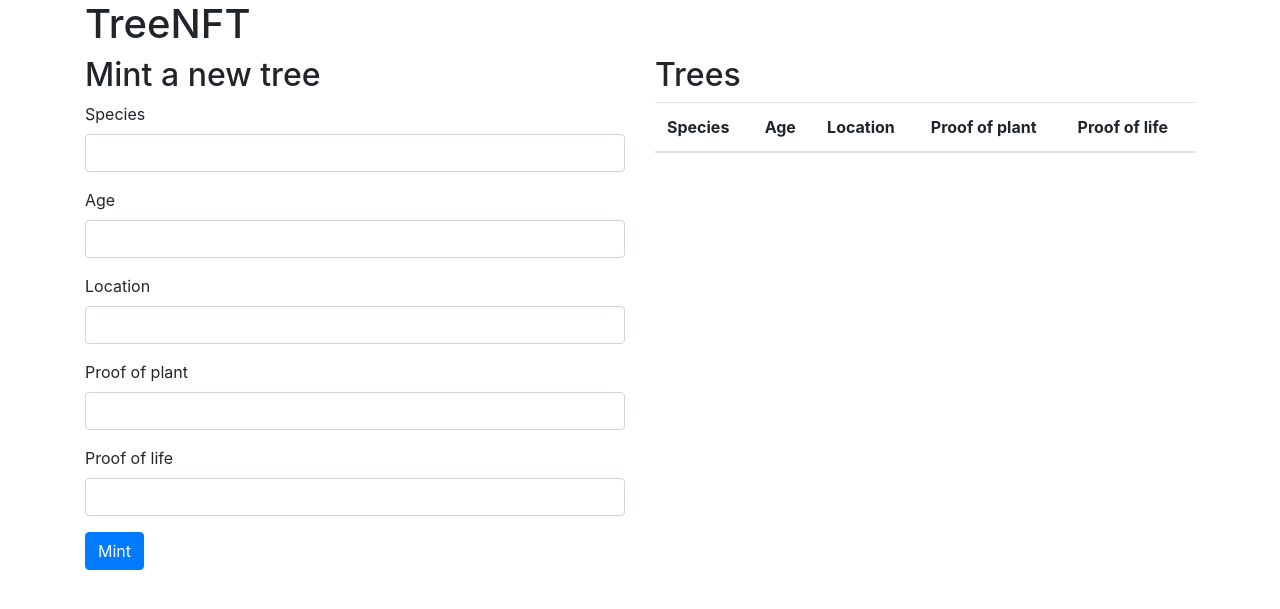
Repository: Jeremicarose/Celo-Code-Jam-3.0
Page: index.html
The author's editor kept a copy of each file at every save. The page is drawn from the files as they stood at one save, then again after the next save.
The browser window is 1280 px wide. The pictures show the whole page.

Above is the page before, as saved 2023-06-29 21:24:25.

After the next save:
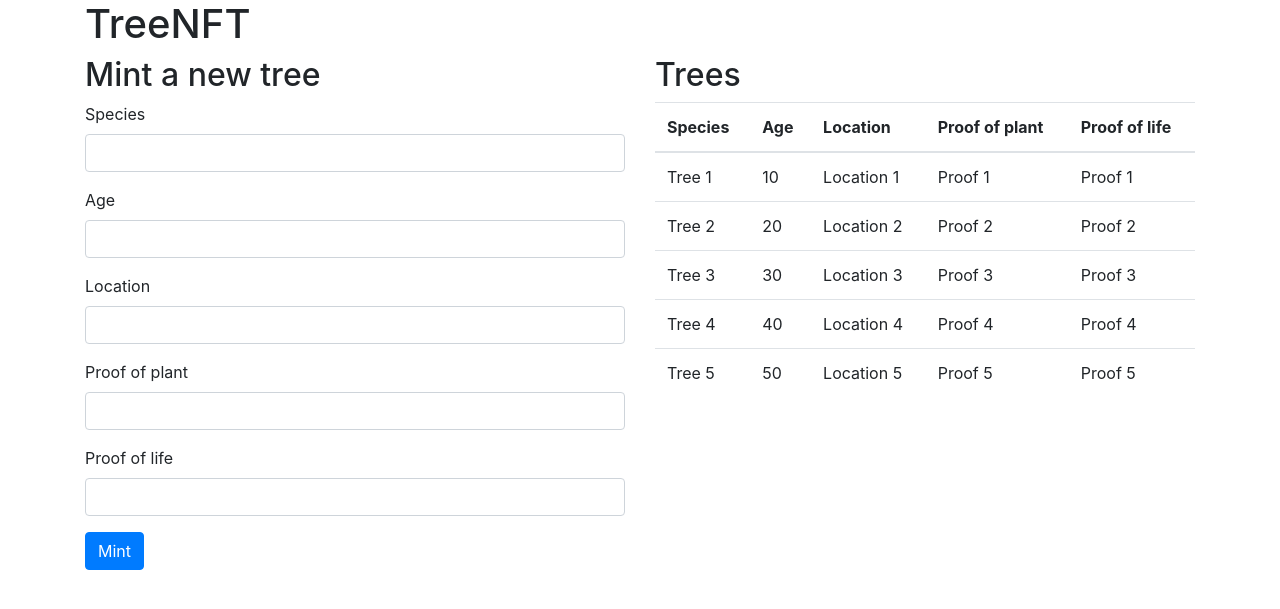
Saved 34 min 6 s later.
--- a/index.html
+++ b/index.html
@@ -5,8 +5,8 @@
   <meta name="viewport" content="width=device-width, initial-scale=1.0">
   <title>TreeNFT</title>
   <link rel="stylesheet" href="https://stackpath.bootstrapcdn.com/bootstrap/4.5.2/css/bootstrap.min.css" integrity="sha384-JcKb8q3iqJ61gNV9KGb8thSsNjpSL0n8PARn9HuZOnIxN0hoP+VmmDGMN5t9UJ0Z" crossorigin="anonymous">
+  <script src="https://code.jquery.com/jquery-3.6.0.min.js"></script>
   <script src="mintTree.js"></script>
-
 </head>
 <body>
   <div class="container">
@@ -36,7 +36,6 @@
             <input type="text" class="form-control" id="proofOfLife" name="proofOfLife" required>
           </div>
           <button type="submit" class="btn btn-primary" onclick="mintTree()">Mint</button>
-
         </form>
       </div>
       <div class="col-md-6">
@@ -51,11 +50,43 @@
               <th>Proof of life</th>
             </tr>
           </thead>
-          <tbody>
+          <tbody id="treeInfoTableBody">
+            <!-- Tree information will be dynamically added here -->
           </tbody>
         </table>
       </div>
     </div>
   </div>
+
+  <script>
+    $(document).ready(function() {
+      // Tree information array
+      var treeInfoArray = [
+        { species: "Tree 1", age: 10, location: "Location 1", proofOfPlant: "Proof 1", proofOfLife: "Proof 1" },
+        { species: "Tree 2", age: 20, location: "Location 2", proofOfPlant: "Proof 2", proofOfLife: "Proof 2" },
+        { species: "Tree 3", age: 30, location: "Location 3", proofOfPlant: "Proof 3", proofOfLife: "Proof 3" },
+        { species: "Tree 4", age: 40, location: "Location 4", proofOfPlant: "Proof 4", proofOfLife: "Proof 4" },
+        { species: "Tree 5", age: 50, location: "Location 5", proofOfPlant: "Proof 5", proofOfLife: "Proof 5" }
+      ];
+
+      // Populate tree information table
+      var treeTableBody = $("#treeInfoTableBody");
+      for (var i = 0; i < treeInfoArray.length; i++) {
+        var treeInfo = treeInfoArray[i];
+        var treeRow = "<tr>" +
+                      "<td>" + treeInfo.species + "</td>" +
+                      "<td>" + treeInfo.age + "</td>" +
+                      "<td>" + treeInfo.location + "</td>" +
+                      "<td>" + treeInfo.proofOfPlant + "</td>" +
+                      "<td>" + treeInfo.proofOfLife + "</td>" +
+                      "</tr>";
+        treeTableBody.append(treeRow);
+      }
+    });
+
+    function mintTree() {
+      // You can implement the minting logic here
+    }
+  </script>
 </body>
 </html>
